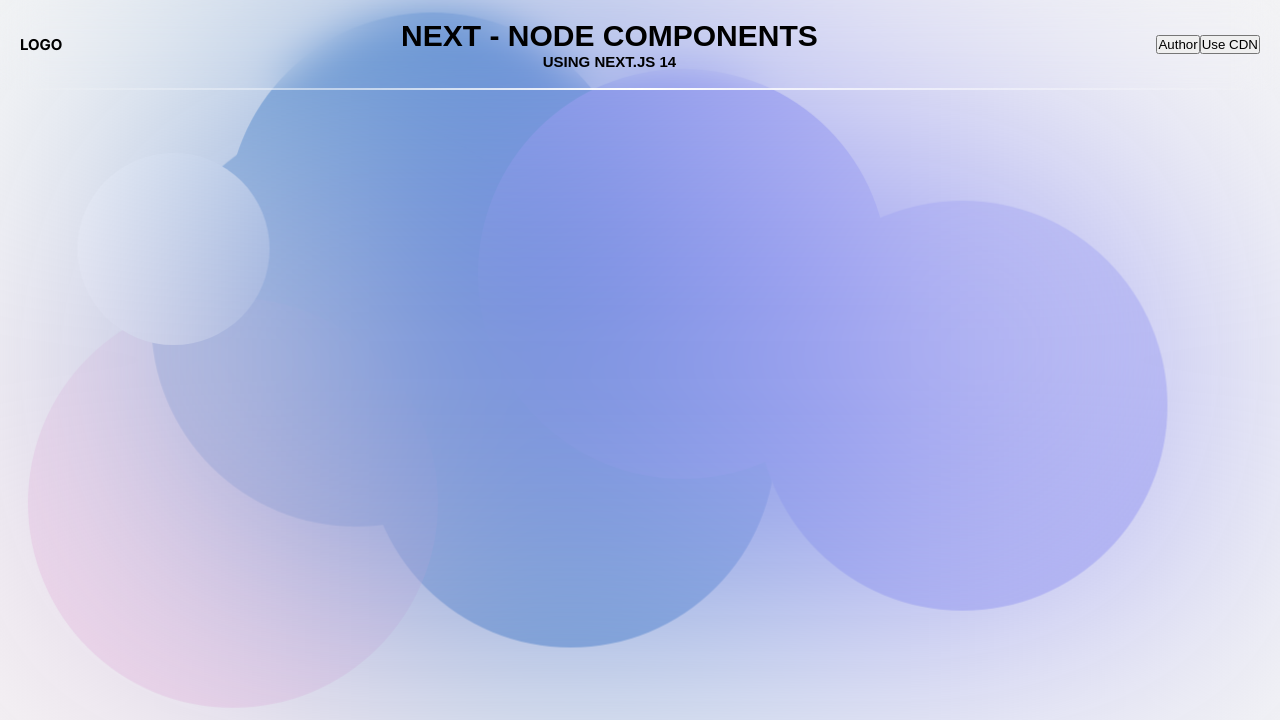
Repository: keval-gohil/komponents
Page: /
These files come from the project's save history. The page is drawn as it stood at one moment and after the next save; the edit follows.
The browser window is 1280 px wide. The pictures show the whole page.
Some web fonts or font styles are not loaded; a fallback is used. The project was rebuilt for these pictures with package versions that can differ from the ones it lists, and the page was loaded fresh each time. The framework's server and built-in components were replaced by stand-ins that run in the browser. Also part of the build but not shown: next.config.mjs.

Above is the page before, as saved 2024-03-07 12:25:52.

After the next save:
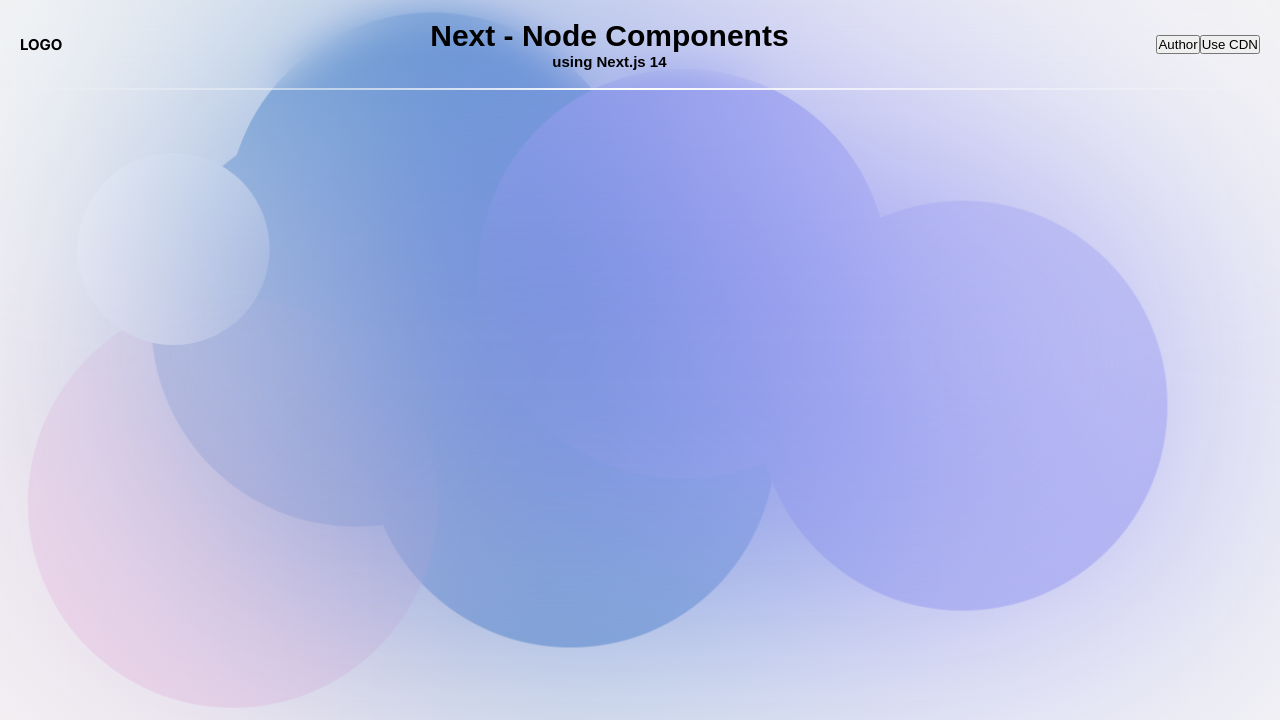
Saved 27 s later.
--- a/components/reuse/styles/style.css
+++ b/components/reuse/styles/style.css
@@ -19,7 +19,7 @@
     flex-direction: column;
     text-align: center;
     font-family: "Anta", sans-serif;
-    text-transform: uppercase;
+    /* text-transform: uppercase; */
     font-size: 3rem;
 }
 nav h2 span{

After the save that followed:
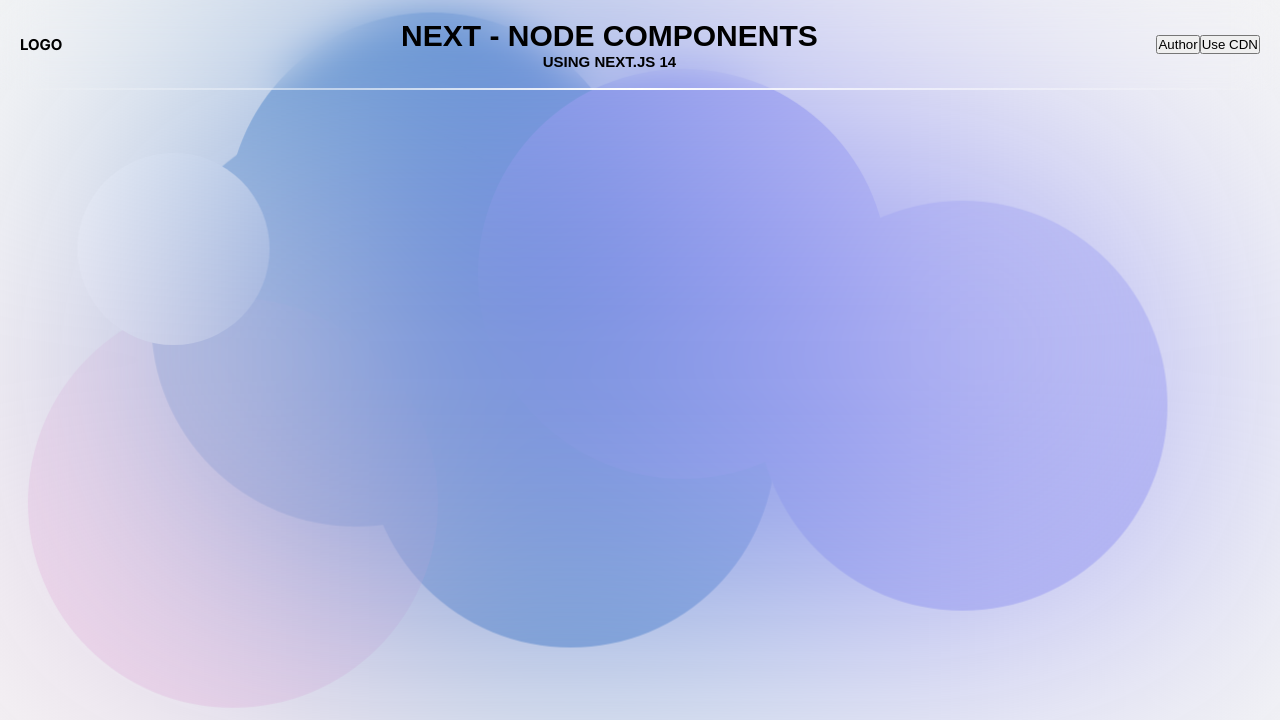
Saved 6 s later.
--- a/components/reuse/styles/style.css
+++ b/components/reuse/styles/style.css
@@ -19,7 +19,7 @@
     flex-direction: column;
     text-align: center;
     font-family: "Anta", sans-serif;
-    /* text-transform: uppercase; */
+    text-transform: uppercase;
     font-size: 3rem;
 }
 nav h2 span{
